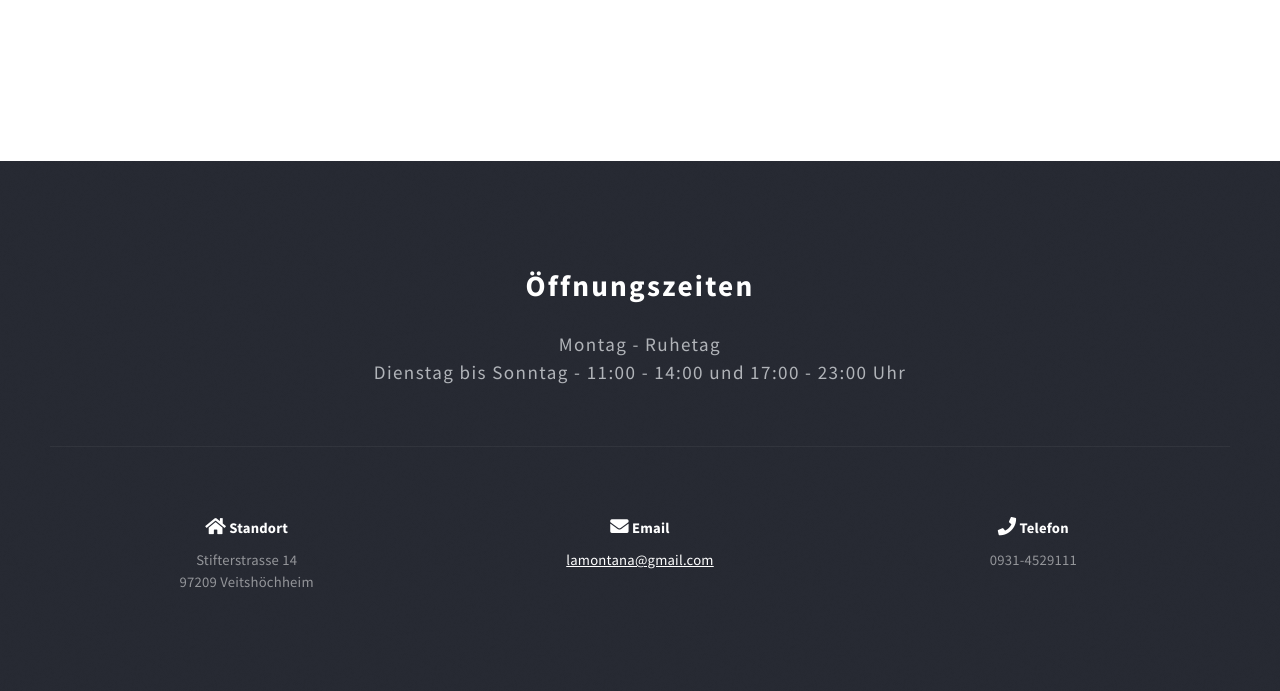
Repository: restaurantlamontana/restaurantlamontana.github.io
Page: blog.html
An editor plug-in stored every save of this project. The page is shown before and after the next save, followed by the edit.
The browser window is 1280 px wide. The pictures show the part of the page from y = 352 to 1065 px (the page is 1043 px tall before and 1065 px after).

Above is the page before, as saved 2024-07-14 18:11:26.

After the next save:
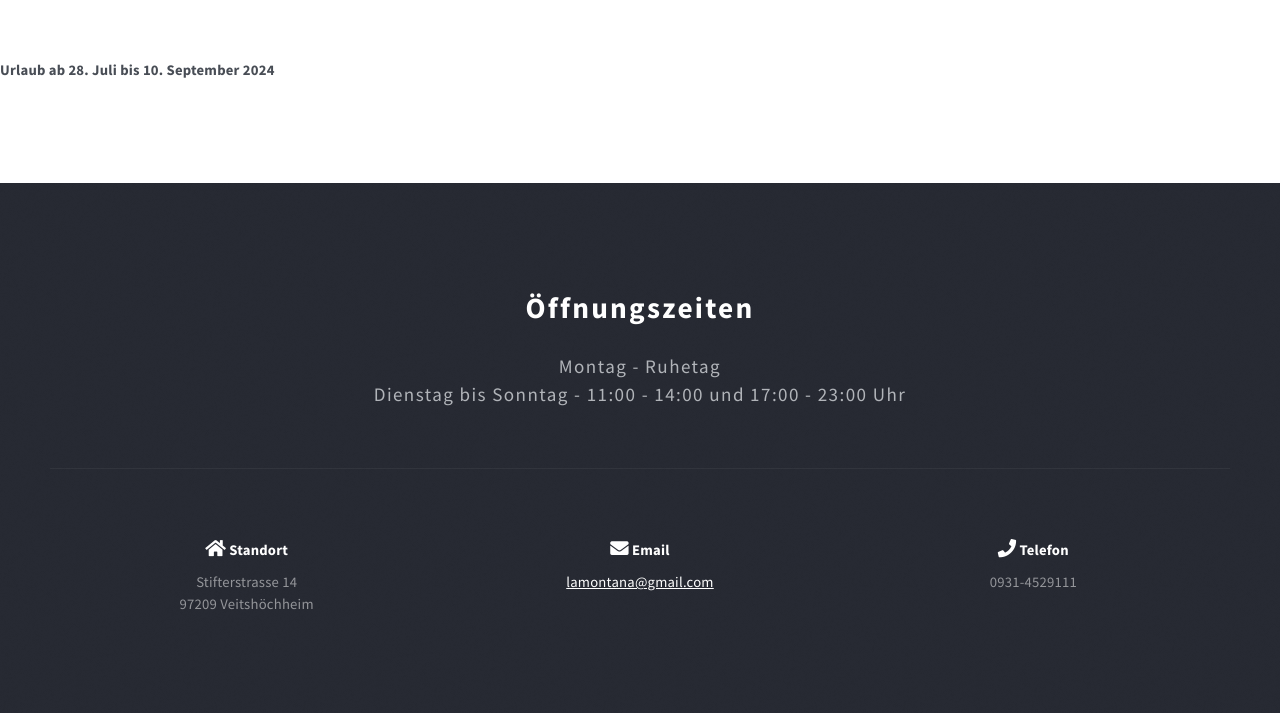
Saved 7 s later.
--- a/blog.html
+++ b/blog.html
@@ -35,7 +35,7 @@
 			<!-- Main -->
 				<section id="main" class="wrapper style2">
 					<article>
-						<title>Urlaub ab 28. Juli bis 10. September 2024</title>
+						<h3>Urlaub ab 28. Juli bis 10. September 2024</title>
 					</article>
 				</section>
 
